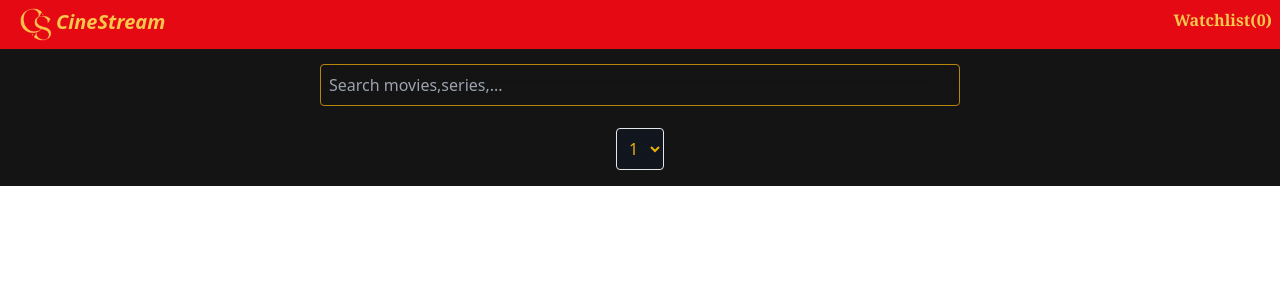
Repository: Reshmashameem31/Cine-Stream
Page: /watchlist (app in movie-project/)
An editor plug-in stored every save of this project. The page is shown before and after the next save, followed by the edit.
The browser window is 1280 px wide. The pictures show the whole page.
The project was rebuilt for these pictures with package versions that can differ from the ones it lists, and the page was loaded fresh each time. Also part of the build but not shown: movie-project/vite.config.js, movie-project/src/Components/Moviecard.jsx, movie-project/src/pages/Home.jsx.

Above is the page before, as saved 2025-08-16 13:19:33.

After the next save:
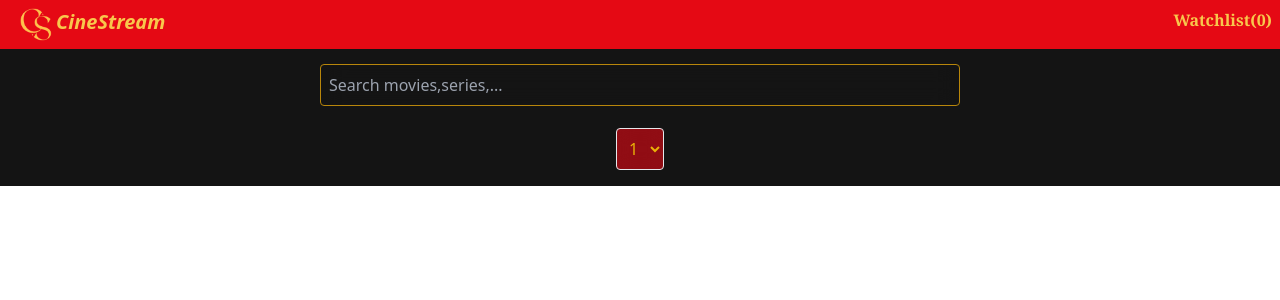
Saved 23 s later.
--- a/movie-project/src/Components/GenreFilter.jsx
+++ b/movie-project/src/Components/GenreFilter.jsx
@@ -2,7 +2,7 @@ import React from 'react'
 
 const GenreFilter = () => {
   return (
-    <select className='p-2 bg-gray-900 bg-opacity-60 backdrop-blur-md border rounded'>
+    <select className='p-2 bg-[#E50914]  bg-opacity-60 backdrop-blur-md border rounded'>
         <option value=''>1</option>
         <option value=''>2</option>
         <option value=''>3</option>
